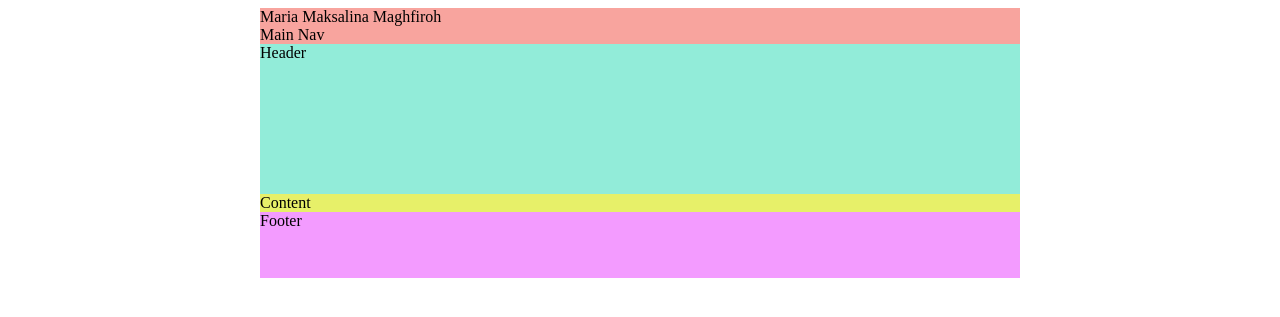
Repository: Bearli-py/latihan_bisdig
Page: index.html
An editor plug-in stored every save of this project. The page is shown before and after the next save, followed by the edit.
The browser window is 1280 px wide. The pictures show the whole page.

Above is the page before, as saved 2025-09-09 15:14:43.

### index.html
<!DOCTYPE html>
<html lang="en">
<head>
    <meta charset="UTF-8">
    <meta name="viewport" content="width=device-width, initial-scale=1.0">
    <link rel="stylesheet" href="style.css">
    <title>Judul</title>

</head>
<body>
    <div id="page-container"> Maria Maksalina Maghfiroh
        <div id="main-nav">Main Nav</div>
        <div id="header">Header</div>
        <div id="content">Content</div>
        <div id="footer">Footer</div>
    </div>

</body>
</html>

### style.css
#page-container {
    width: 760px;
    margin: auto;
    background: rgb(248, 164, 158);
    text-align: left;
}
#header {
background: rgb(146, 236, 217);
height: 150px;
}
#content {
background: rgb(231, 240, 105);
}
#footer {
background: rgb(243, 155, 255);
height: 66px;
}

After the next save:
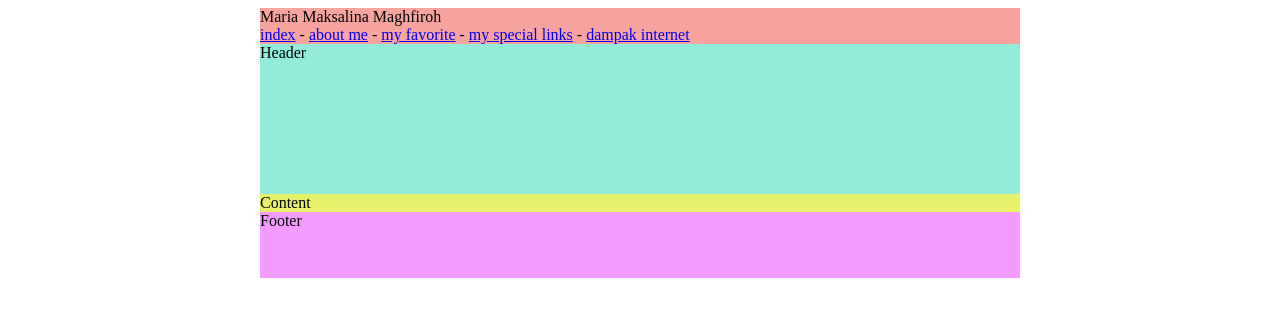
Saved 95 s later.
--- a/index.html
+++ b/index.html
@@ -9,7 +9,13 @@
 </head>
 <body>
     <div id="page-container"> Maria Maksalina Maghfiroh
-        <div id="main-nav">Main Nav</div>
+        <div id="main-nav"><a href="index.html">index</a> -
+            <a href="about.html">about me</a> -
+            <a href="fav.html">my favorite</a> -
+            <a href="links.html">my special links</a> -
+            <a
+            href="dampak.html">dampak
+            internet</a></div>
         <div id="header">Header</div>
         <div id="content">Content</div>
         <div id="footer">Footer</div>
